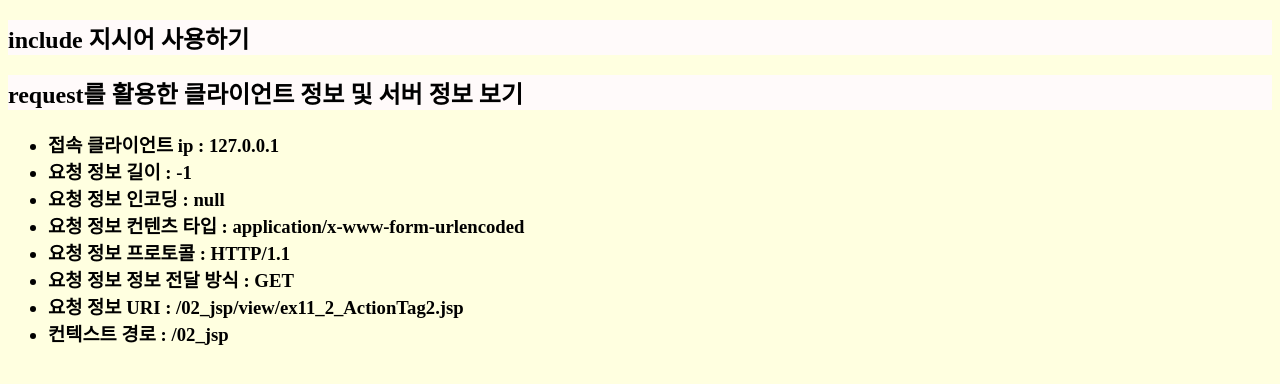
Repository: wjsjsn/23_jspstudy
Page: http://localhost/02_jsp/view/ex11_2_ActionTag2.jsp
An editor plug-in stored every save of this project. The page is shown before and after a run of saves, followed by the edit.
The browser window is 1280 px wide. The pictures show the whole page.
The page is served by Tomcat 9.

Above is the page before, as saved 2023-07-05 06:10:08.

After the next 2 saves:
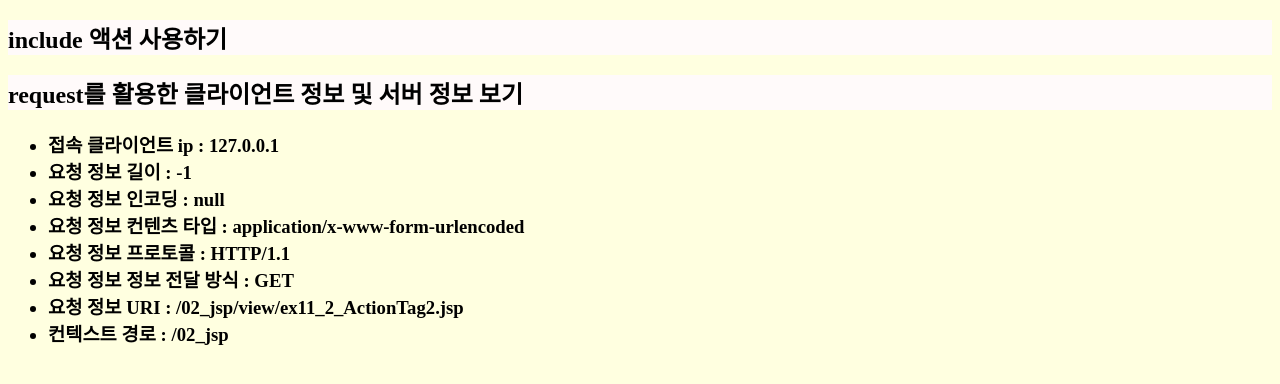
The 2 saves are shown as one change because 1 did not build or start.
The last was saved 85 s later.
--- a/02_jsp/src/main/webapp/view/ex11_2_ActionTag2.jsp
+++ b/02_jsp/src/main/webapp/view/ex11_2_ActionTag2.jsp
@@ -38,7 +38,7 @@ body{
 	                                         <jsp:param value="" name=""/>
                                              </jsp:include>
  --%>
-	<h2>include 지시어 사용하기</h2>
-	<%@include file="ex04_request.jsp" %>
+	<h2>include 액션 사용하기</h2>
+	<jsp:include page="ex04_request.jsp"  />
 </body>
 </html>
